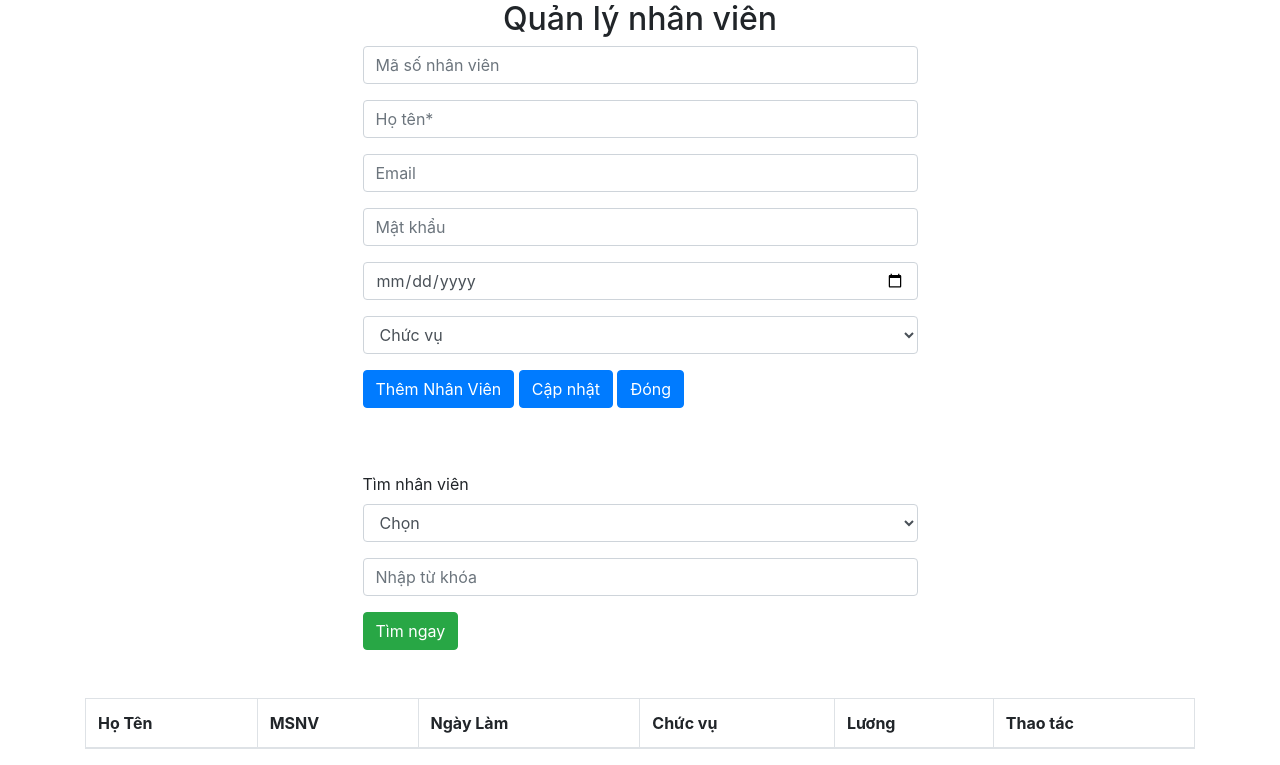
Repository: dovanthao2404/quanlynhanvien
Page: index.html
These files come from the project's save history. The page is drawn as it stood at one moment and after the next save; the edit follows.
The browser window is 1280 px wide. The pictures show the whole page.

Above is the page before, as saved 2021-06-30 00:50:36.
Console error: TypeError: Cannot set properties of null (setting 'innerHTML')

### index.html
<!DOCTYPE html>
<html lang="en">

<head>
  <meta charset="UTF-8">
  <meta http-equiv="X-UA-Compatible" content="IE=edge">
  <meta name="viewport" content="width=device-width, initial-scale=1.0">
  <title>Quan Ly Nhan Vien</title>
  <!-- BOOTSTRAP  -->
  <link rel="stylesheet" href="https://cdn.jsdelivr.net/npm/bootstrap@4.6.0/dist/css/bootstrap.min.css"
    integrity="sha384-B0vP5xmATw1+K9KRQjQERJvTumQW0nPEzvF6L/Z6nronJ3oUOFUFpCjEUQouq2+l" crossorigin="anonymous">
  <!-- MAIN CSS -->
  <link rel="stylesheet" href="./css/style.css">
</head>

<body>
  <div class="main">
    <div class="add-staff">
      <div class="container">
        <form>
          <div class="row">
            <div class="col">
              <div class="add-staff__content w-50 mx-auto">
                <div class="add-staff-title">
                  <h2 id="header-title" class="text-center">Quản lý nhân viên</h2>
                </div>
                <div class="form-group">
                  <input type="text" class="form-control" id="msnv" placeholder="Mã số nhân viên">
                  <span id="thongBaoMNV" class="sp-thongbao text-danger"></span>
                </div>
                <div class="form-group">
                  <input type="text" class="form-control" id="hoTen" placeholder="Họ tên*">
                  <span id="thongBaoHo" class="sp-thongbao text-danger"></span>
                </div>
                <div class="form-group">
                  <input type="text" class="form-control" id="email" placeholder="Email">
                  <span id="thongBaoMNV" class="sp-thongbao text-danger"></span>
                </div>
                <div class="form-group">
                  <input type="password" class="form-control" id="matKhau" placeholder="Mật khẩu">
                  <span id="thongBaoMNV" class="sp-thongbao text-danger"></span>

                </div>
                <div class="form-group">
                  <input type="date" class="form-control" id="ngayLam">
                  <span id="thongBaoNgayLam" class="sp-thongbao text-danger"></span>

                </div>
                <div class="form-group">
                  <select id="chucVu" class="form-control">
                    <option selected>Chức vụ</option>
                    <option>Sếp</option>
                    <option>Trưởng Phòng</option>
                    <option>Nhân Viên</option>
                  </select>
                  <span id="thongBaoChucVu" class="sp-thongbao text-danger"></span>

                </div>
                <div class="form-group">

                  <button class="btn btn-primary" type="button" id="btnThemNhanVien">Thêm Nhân Viên</button>
                  <button class="btn btn-primary" type="button" id="btnCapNhat">Cập nhật</button>
                  <button class="btn btn-primary" type="button" id="btnDong">Đóng</button>
                </div>
              </div>
            </div>
          </div>

        </form>
      </div>
    </div>
    <div class="search-staff my-5">
      <div class="container">
        <div class="add-staff__content w-50 mx-auto">
          <div class="form-group">
            <label for="">Tìm nhân viên</label>
            <select id="" class="form-control">
              <option selected>Chọn</option>
              <option>Theo Tên</option>
              <option>Theo mã</option>
            </select>
            <span class="sp-thongbao text-danger"></span>
          </div>
          <div class="form-group">
            <input class="form-control" type="text" placeholder="Nhập từ khóa">
          </div>
          <div class="form-group">
            <input class="btn btn-success" type="button" value="Tìm ngay">
          </div>
        </div>
      </div>
    </div>
  </div>

  <div class="list-staff">
    <div class="container">
      <div id="list-staff__content">
        <table class="table table-bordered">
          <thead>
            <tr>
              <th scope="col">Họ Tên</th>
              <th scope="col">MSNV</th>
              <th scope="col">Ngày Làm</th>
              <th scope="col">Chức vụ</th>
              <th scope="col">Lương</th>
              <th scope="col">Thao tác</th>
            </tr>
          </thead>
          <tboby id="tableDanhSach">
            <tr></tr>
          </tboby>
        </table>
      </div>
    </div>
  </div>
  <!-- BOOSTRAP -->
  <script src="https://code.jquery.com/jquery-3.5.1.slim.min.js"
    integrity="sha384-DfXdz2htPH0lsSSs5nCTpuj/zy4C+OGpamoFVy38MVBnE+IbbVYUew+OrCXaRkfj"
    crossorigin="anonymous"></script>
  <script src="https://cdn.jsdelivr.net/npm/bootstrap@4.6.0/dist/js/bootstrap.bundle.min.js"
    integrity="sha384-Piv4xVNRyMGpqkS2by6br4gNJ7DXjqk09RmUpJ8jgGtD7zP9yug3goQfGII0yAns"
    crossorigin="anonymous"></script>
  <script src="./js/NhanVien.js"></script>
  <script src="js/CongTy.js"></script>
  <script src="js/main.js"></script>
</body>

</html>

### js/NhanVien.js
class NhanVien {

  constructor(maNV, hoTen, email, matKhau, ngayLamViec, chucVu) {
    this.maNV = maNV;
    this.hoTen = hoTen;
    this.email = email;
    this.matKhau = matKhau;
    this.ngayLamViec = ngayLamViec;
    this.chucVu = chucVu;
    this.mangDoiChieu = [this.maNV, this.hoTen, this.email
      , this.matKhau, this.ngayLamViec, this.chucVu];
  }
}

### js/CongTy.js
class CongTy {
  constructor() {
    this.DanhSachNhanVien = [];
  }
  // Phương thức thêm nhân viên mới vào mảng (thuộc tính) DanhSachNhanVien
  ThemNhanVien(nhanVienMoi) {
    this.DanhSachNhanVien = [...this.DanhSachNhanVien, nhanVienMoi];
  }

  // Phước thức tìm nhân viên theo mã nhân viên, trả về vị trí nhân viên trong mảng DanhSachNhanVien
  TimViTriNhanVien(maNV) {
    // return this.DanhSachNhanVien.find(nhanVien => nhanVien.maNV === maNV)
    for (let viTri in this.DanhSachNhanVien) {
      if (this.DanhSachNhanVien[viTri].maNV === maNV) {
        return viTri;
      }
    }
    return -1;
  }

  // Tìm nhân viên theo mã trả về nhân viên
  TimNhanVienTheoMa(maNV) {
    let viTri = this.TimViTriNhanVien(maNV);
    if (viTri != -1) {
      return this.DanhSachNhanVien[viTri];
    } else {
    }
  }

  // Xóa nhân viên theo mã
  XoaNhanVien(maNV) {
    let viTri = this.TimViTriNhanVien(maNV);
    if (viTri != -1) {
      this.DanhSachNhanVien.splice(viTri, 1);
    } else {
    }
  }

  // Sửa nhân viên
  SuaNhanVien(nhanVien) {
    let viTri = this.TimViTriNhanVien(nhanVien.maNV);
    this.DanhSachNhanVien[viTri] = nhanVien;
  }

  // Tìm nhân viên theo tên --> trả về danh sách nhân viên
  TimNhanVienTheoTen(hoTen) {
    let dskq = new CongTy();
    hoTen = hoTen.trim().toUpperCase();
    for (let nhanVien of this.DanhSachNhanVien) {
      let hoTenNV = nhanVien.hoTen.trim().toUpperCase();
      if (hoTenNV.search(hoTen) !== -1) {
        dskq.ThemNhanVien(nhanVien);
      }
    }
    return dskq;
  }
}

### js/main.js
function getEle(ele) {
  return document.getElementById(ele);
}

var congTy = new CongTy();
var nhanVienMoi = new NhanVien('1', "Do Van Thao", 'abc@gmail.com', 'truongthikhanhngan', 'ngayLamViec', 'chucVu');
congTy.ThemNhanVien(nhanVienMoi);
nhanVienMoi = new NhanVien('2', "Truong Thi Khanh Ngan", 'abc@gmail.com', 'truongthikhanhngan', 'ngayLamViec', 'chucVu');
congTy.ThemNhanVien(nhanVienMoi);

// Ham goi modal popup: Them Nhan Vien or Sua thong tin nhan vien
GoiModal = (modal_title, readonly = false, type = 1) => {
  // type = 1: them nhan vien, type = 2: sua thong tin
  getEle('header-title').innerHTML = modal_title;
  getEle('msnv').readonly = readonly;

  switch (type) {
    case 1: //Them nhanVien
      getEle("btnThemNhanVien").style.display = "inline-block";
      getEle("btnCapNhat").style.display = "none";
      getEle("btnDong").style.display = "inline-block";
      break;

    case 2:
      getEle("btnCapNhat").style.display = "inline-block";
      getEle("btnThemNhanVien").style.display = "none";
      getEle("btnDong").style.display = "inline-block";
      break;
  }
}

// Reset form
XoaForm = () => {
  let elements = document.getElementsByTagName('input');
  for (let element of elements) {
    element.value = '';
  }
  document.getElementById('chucVu').selectedIndex = 0;
}

let trangHienThi = 1;
// HienThiDanhSach = (dsnv) => {
//   let tbody = getEle("tableDanhSach");
//   let htmls = '';
//   let soNV = dsnv.length;
//   for (let i = 0; i < soNV; i++) {
//     htmls += `<tr>
//       <th scope="row">${dsnv[i].maNV}</th>
//       <td>Jacob</td>
//       <td>Thornton</td>
//       <td>@fat</td>
//       <td>Jacob</td>
//       <td>Thornton</td>
//       <td>
//         <button class="btn btn-warning" id="sua">Sửa</button>
//         <button class="btn btn-danger" id="xoa">Xóa</button>
//       </td>
//     </tr>`
//   }
//   tbody.innerHTML = htmls;
// }
// HienThiDanhSach(congTy.DanhSachNhanVien);

function HienThiDanhSach(dsnv) {
  var tbody = document.querySelector('#list-staff__content > table > #tableDanhSach');
  // let tbody = getEle("tableDanhSach");
  var htmls = '';
  let soNV = dsnv.length;
  for (let i = 0; i < soNV; i++) {
    htmls += `<tr>
          <th scope="row">a</th>
          <td>Jacob</td>
          <td>Thornton</td>
          <td>@fat</td>
          <td>Jacob</td>
          <td>Thornton</td>
          <td>
            <button class="btn btn-warning" id="sua">Sửa</button>
            <button class="btn btn-danger" id="xoa">Xóa</button>
          </td>
        </tr>`
  }
  tbody.innerHTML = htmls;
}
HienThiDanhSach(congTy.DanhSachNhanVien);

Loaded but not shown: css/style.css (common file)

After the next save:
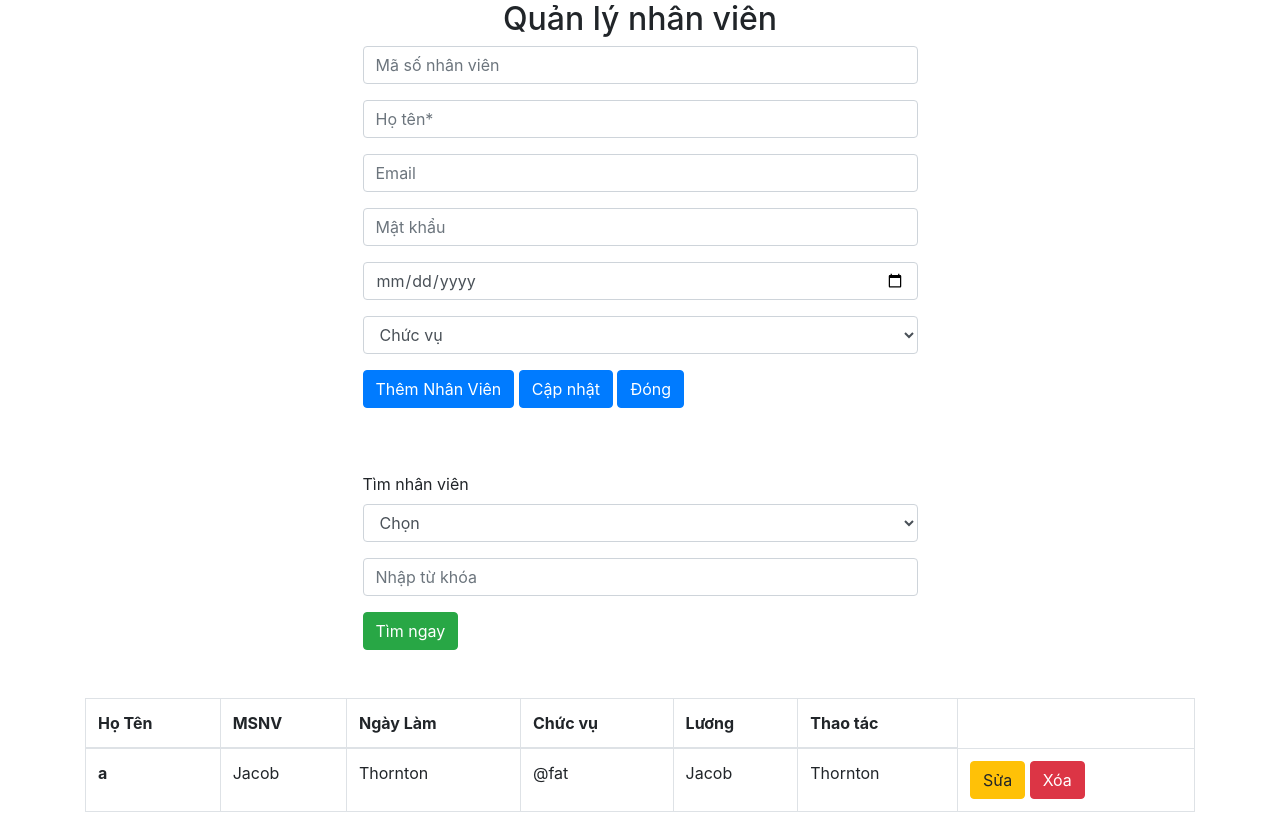
Saved 81 s later.
--- a/index.html
+++ b/index.html
@@ -107,7 +107,18 @@
             </tr>
           </thead>
           <tboby id="tableDanhSach">
-            <tr></tr>
+            <tr>
+              <th scope="row">a</th>
+              <td>Jacob</td>
+              <td>Thornton</td>
+              <td>@fat</td>
+              <td>Jacob</td>
+              <td>Thornton</td>
+              <td>
+                <button class="btn btn-warning" id="sua">Sửa</button>
+                <button class="btn btn-danger" id="xoa">Xóa</button>
+              </td>
+            </tr>
           </tboby>
         </table>
       </div>
